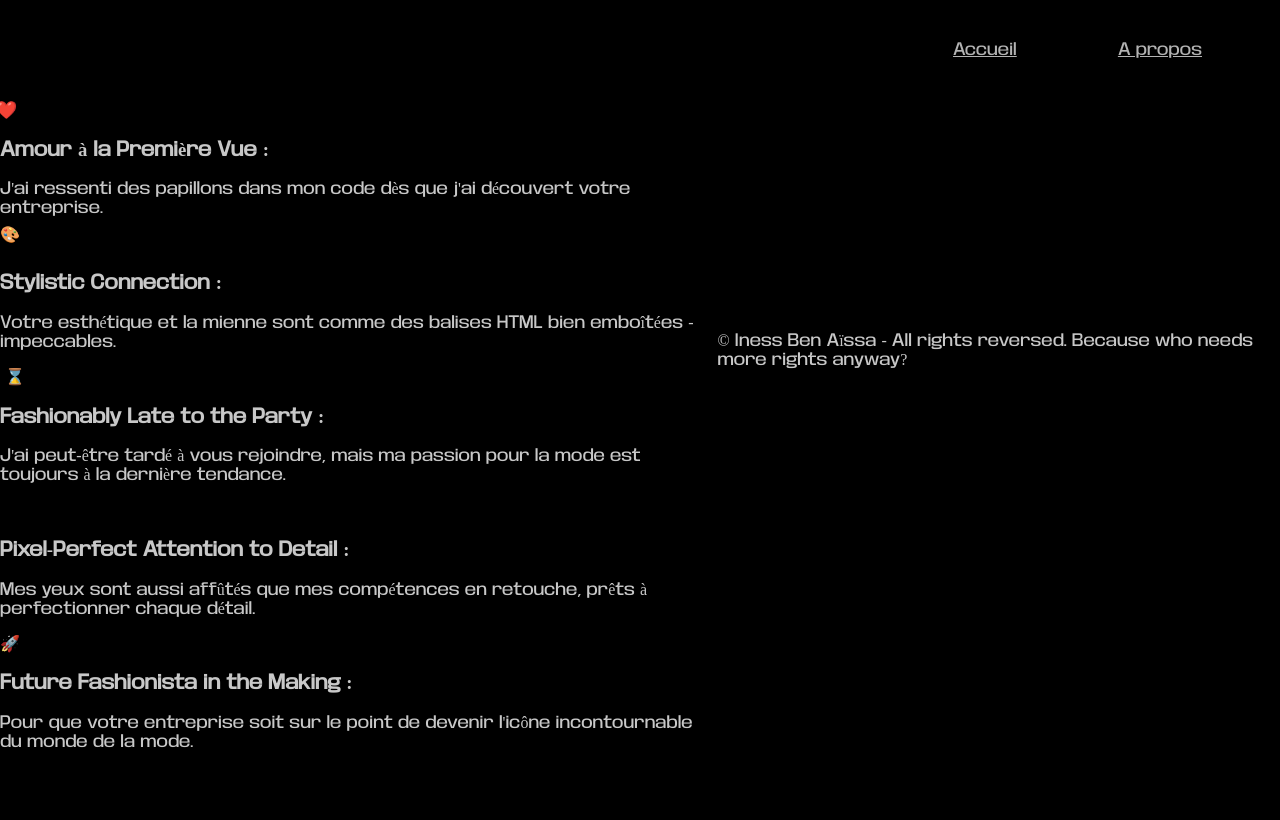
Repository: inessben/application
Page: company/company.html
These files come from the project's save history. The page is drawn as it stood at one moment and after the next save; the edit follows.
The browser window is 1280 px wide. The pictures show the whole page.

Above is the page before, as saved 2023-12-04 02:56:40.

### company/company.html
<!DOCTYPE html>
<html lang="en">
<head>
    <meta charset="UTF-8">
    <meta name="viewport" content="width=device-width, initial-scale=1.0">
    <!-- generate the icon -->
    <link rel="apple-touch-icon" sizes="180x180" href="/favicon/apple-touch-icon.png">
    <link rel="icon" type="image/png" sizes="32x32" href="/favicon/favicon-32x32.png">
    <link rel="icon" type="image/png" sizes="16x16" href="/favicon/favicon-16x16.png">
    <link rel="manifest" href="/favicon/site.webmanifest">
    <link rel="mask-icon" href="/favicon/safari-pinned-tab.svg" color="#5bbad5">
    <meta name="msapplication-TileColor" content="#da532c">
    <!--  -->
    <meta name="theme-color" content="#ffffff">
    <title>#slowlyApplication</title>
    <link rel="stylesheet" href="company.css">

</head>
<body>
    <section id="nav-header">
        <header class="links">
            <a href="/index.html" class="link">Accueil</a>
            <a href="/about/about.html" class="link">A propos</a>
        </header>
    </section>
    <section id="creative-section">
        <section id="sentences">
            <div id="heart-animation">❤️</div>
            <h3>Amour à la Première Vue :</h3>
            <p>J'ai ressenti des papillons dans mon code dès que j'ai découvert votre entreprise.</p>
        </section>

        <section id="sentences">
            <div id="stylistic-connection-animation">🎨</div>
            <h3>Stylistic Connection :</h3>
            <p>Votre esthétique et la mienne sont comme des balises HTML bien emboîtées - impeccables.</p>
        </section>

        <section id="sentences">
            <div id="fashionably-late-animation">⌛</div>
            <h3>Fashionably Late to the Party :</h3>
            <p>J'ai peut-être tardé à vous rejoindre, mais ma passion pour la mode est toujours à la dernière tendance.</p>
        </section>


        <section id="sentences">
            <div id="pixel-perfect-animation">🔍</div>
            <h3>Pixel-Perfect Attention to Detail :</h3>
            <p>Mes yeux sont aussi affûtés que mes compétences en retouche, prêts à perfectionner chaque détail.</p>
        </section>

        <section id="sentences">
            <div id="future-fashionista-animation">🚀</div>
            <h3>Future Fashionista in the Making :</h3>
            <p>Pour que votre entreprise soit sur le point de devenir l'icône incontournable du monde de la mode.</p>
        </section>
    </section>



    <footer>
        <p>© Iness Ben Aïssa - All rights reversed. Because who needs more rights anyway?</p>
    </footer>

</body>
</html>

### company/company.css
@font-face {
    font-family: "Jolley";
    src: url("/fonts/jolley.woff");
    }

@font-face {
    font-family: "Base Neue";
    src: url("/fonts/base-neue.ttf");
    }

::-webkit-scrollbar {
    width: 8px;
    }

::-webkit-scrollbar-track {
    background-color: #000;
    }

::-webkit-scrollbar-thumb {
    background-color: #4b4b4b;
    border-radius: 4px;
    }

::-webkit-scrollbar-thumb:hover {
    opacity: 0.7;
    }

html {
    scroll-behavior: smooth;
    }

body {
font-family: "Base Neue";
    margin: 0;
    padding: 0;
    display: flex;
    align-items: center;
    justify-content: center;
    height: 100vh;
    background-color: #000000;
    color: #c8c8c8;
    }

#nav-header {
        position: absolute;
        top: 30px;
        right: 20px;
        font-size: 16px;
        font-weight: 500;
        padding: 10px;
    }

.link {
    padding: 8px;
    text-decoration: #b3b3b3 underline;
    color: #b3b3b3;
    margin: auto 40px;
    }

.link:hover {
        opacity: 0.7;
    }

#creative-section{
    position: relative;
    height: 100vh;
    top: 100px;
}

#heart-animation {
    width: 100px;
    animation: heartbeat 1.5s infinite;
    }

#stylistic-connection-animation {
    animation: styleConnection 2s infinite alternate;
    }

#fashionably-late-animation {
    animation: fashionablyLate 1s infinite alternate;
    }

#pixel-perfect-animation {
    animation: pixelPerfect 1.5s infinite alternate;
    }

#future-fashionista-animation {
    animation: futureFashionista 2s infinite alternate;
    }

@keyframes heartbeat {
    0%, 100% {
    transform: scale(1);
    }
    50% {
    transform: scale(1.1);
    }
}

@keyframes styleConnection {
    0% {
    transform: translateY(0);
    }
    100% {
    transform: translateY(-10px);
    }
}

@keyframes fashionablyLate {
    0% {
    transform: translateX(0);
    }
    100% {
    transform: translateX(5px);
    }
}

@keyframes pixelPerfect {
    0% {
    transform: scaleX(1);
    }
    100% {
    transform: scaleX(1.1);
    }
}

@keyframes futureFashionista {
    0% {
    opacity: 0.8;
    }
    100% {
    opacity: 1;
    }
}

footer{
    position: relative;
    bottom: 10px;
    display: flex;
    align-items: center;
    justify-content: center;
    }

After the next save:
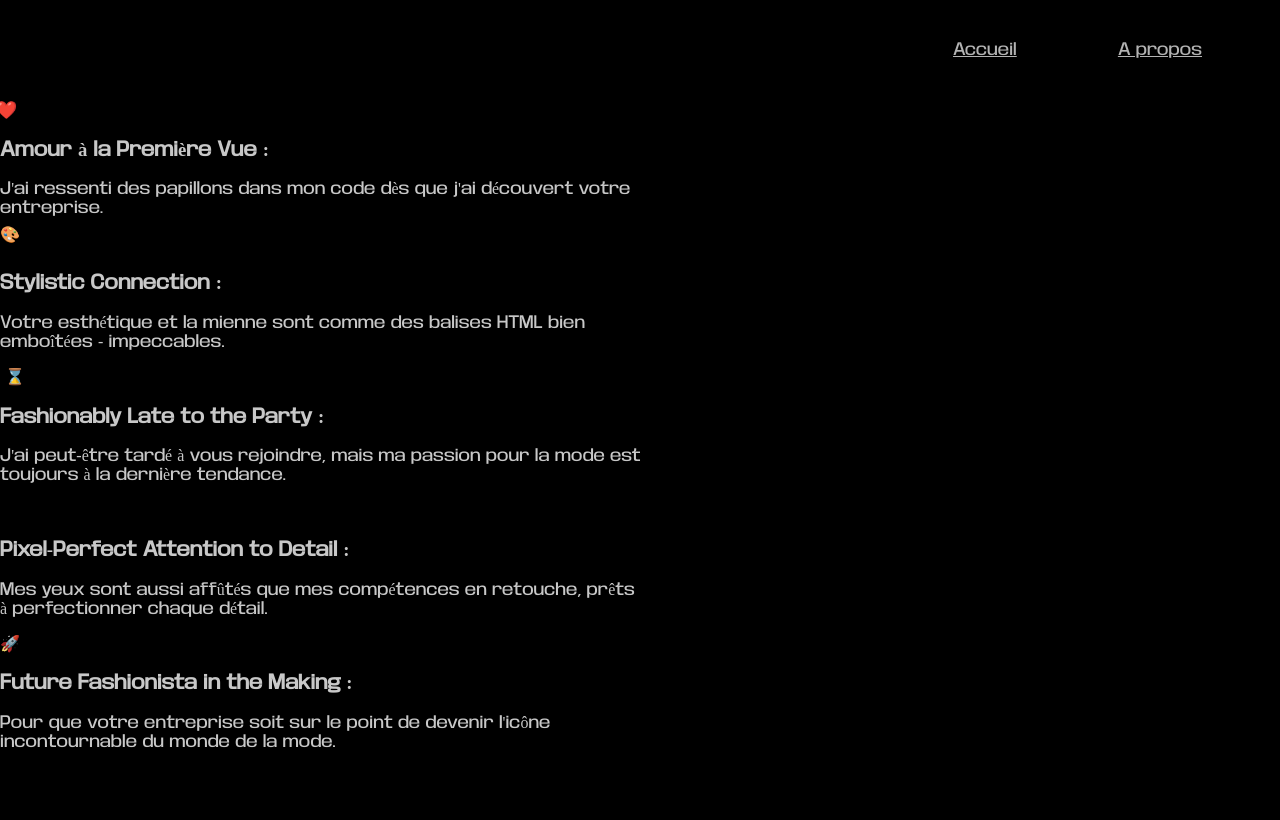
Saved 21 s later.
--- a/company/company.css
+++ b/company/company.css
@@ -135,8 +135,10 @@ font-family: "Base Neue";
 
 footer{
     position: relative;
-    bottom: 10px;
+    bottom: 550px;
     display: flex;
+    font-size: 20px;
+    /* width: 80vw; */
     align-items: center;
     justify-content: center;
     }
